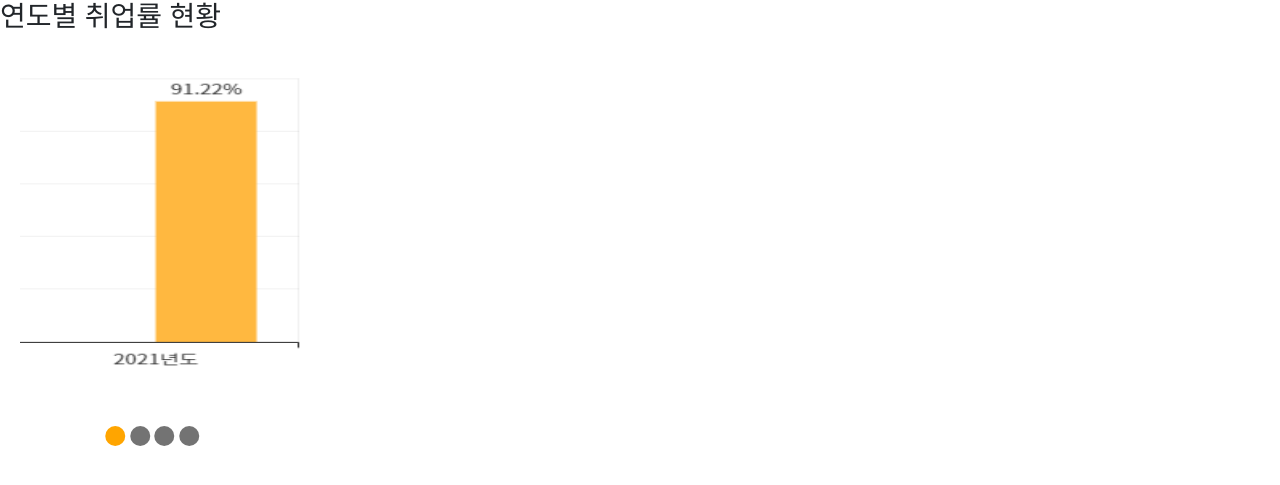
Repository: JavaJin96/kr.or.ddit.HighJava
Page: http://localhost/TeamProjectDCUM/work_psj/iframe_psj/getwork.jsp
The author's editor kept a copy of each file at every save. The page is drawn from the files as they stood at one save, then again after the next save.
The browser window is 1280 px wide. The pictures show the whole page.
The page is served by Tomcat 9. Other server files are loaded and not shown.

Above is the page before, as saved 2022-02-16 01:21:01.

### 3.Highjava/workspace/TeamProjectDCUM/WebContent/work_psj/iframe_psj/getwork.jsp
<%@ page language="java" contentType="text/html; charset=UTF-8"
    pageEncoding="UTF-8"%>
<!DOCTYPE html>
<html>
<head>
<meta charset="UTF-8">
<title>Insert title here</title>
<!-- 카드 -->
<link rel="stylesheet" href="https://cdn.jsdelivr.net/npm/bootstrap@4.6.1/dist/css/bootstrap.min.css">
<script src="https://cdn.jsdelivr.net/npm/jquery@3.5.1/dist/jquery.slim.min.js"></script>
<script src="https://cdn.jsdelivr.net/npm/popper.js@1.16.1/dist/umd/popper.min.js"></script>
<script src="https://cdn.jsdelivr.net/npm/bootstrap@4.6.1/dist/js/bootstrap.bundle.min.js"></script>
<style>
/*---------------------- 슬라이드 ----------------------------*/
.slider{
	margin-left : 20px;
	margin-top : 40px;
    width: 300px;
    height: 400px;
    position: relative;
    overflow: hidden; /* 현재 슬라이드 오른쪽에 위치한 나머지 슬라이드 들이 보이지 않도록 가림 */
/*     text-align: center; */
	display: flex;
}
.slider input[type=radio]{
    display: none;
}
img{
	width : 300px;
    height : 300px;
}

ul.imgs{
    padding: 0;
    margin: 0;
    list-style: none;
}
ul.imgs li{
    position: absolute;
    left: 640px;
    transition-delay: 1s; /* 새 슬라이드가 이동해 오는 동안 이전 슬라이드 이미지가 배경이 보이도록 지연 */
    padding: 0;
    margin: 0;
}

.bullets{
    position: absolute;
    left: 44%;
    transform: translateX(-50%);
    bottom: 20px;
    z-index: 2;
}

.bullets label{
    display: inline-block;
    border-radius: 50%;
    background-color: rgba(0,0,0,0.55);
    width: 20px;
    height: 20px;
    cursor: pointer;
}

/* 현재 선택된 불릿 배경 흰색으로 구분 표시 */
.slider input[type=radio]:nth-child(1):checked~.bullets>label:nth-child(1){
    background-color: orange;
}

.slider input[type=radio]:nth-child(2):checked~.bullets>label:nth-child(2){
    background-color: orange;
}

.slider input[type=radio]:nth-child(3):checked~.bullets>label:nth-child(3){
    background-color: orange;
}

.slider input[type=radio]:nth-child(4):checked~.bullets>label:nth-child(4){
    background-color: orange;
}

 .slider input[type=radio]:nth-child(1):checked~ul.imgs>li:nth-child(1){
     left: 0;
     transition: 0.5s;
     z-index:1;
 }

 .slider input[type=radio]:nth-child(2):checked~ul.imgs>li:nth-child(2){
     left: 0;
     transition: 0.5s;
     z-index:1;
 }

 .slider input[type=radio]:nth-child(3):checked~ul.imgs>li:nth-child(3){
     left: 0;
     transition: 0.5s;
     z-index:1;
 }

 .slider input[type=radio]:nth-child(4):checked~ul.imgs>li:nth-child(4){
     left: 0;
     transition: 0.5s;
     z-index:1;
 }

</style>


</head>
<body>
	<h3>연도별 취업률 현황</h3>
	<div class="slider" targer="ifr">
	    <input type="radio" name="slide" id="slide1" checked>
	    <input type="radio" name="slide" id="slide2">
	    <input type="radio" name="slide" id="slide3">
	    <input type="radio" name="slide" id="slide4">

	    <ul id="imgholder" class="imgs">
	        <li><img src="<%=request.getContextPath()%>/images/main/getwork2.png" targer="ifr"></li>
	        <li><img src="<%=request.getContextPath()%>/images/main/getwork3.PNG" targer="ifr"></li>
	        <li><img src="<%=request.getContextPath()%>/images/main/getwork4.PNG" targer="ifr"></li>
	        <li><img src="<%=request.getContextPath()%>/images/main/getwork5.PNG" targer="ifr" ></li>
	    </ul>

	    <div class="bullets">
	        <label for="slide1">&nbsp;</label>
	        <label for="slide2">&nbsp;</label>
	        <label for="slide3">&nbsp;</label>
	        <label for="slide4">&nbsp;</label>
	    </div>
	</div>


</body>
</html>

After the next save:
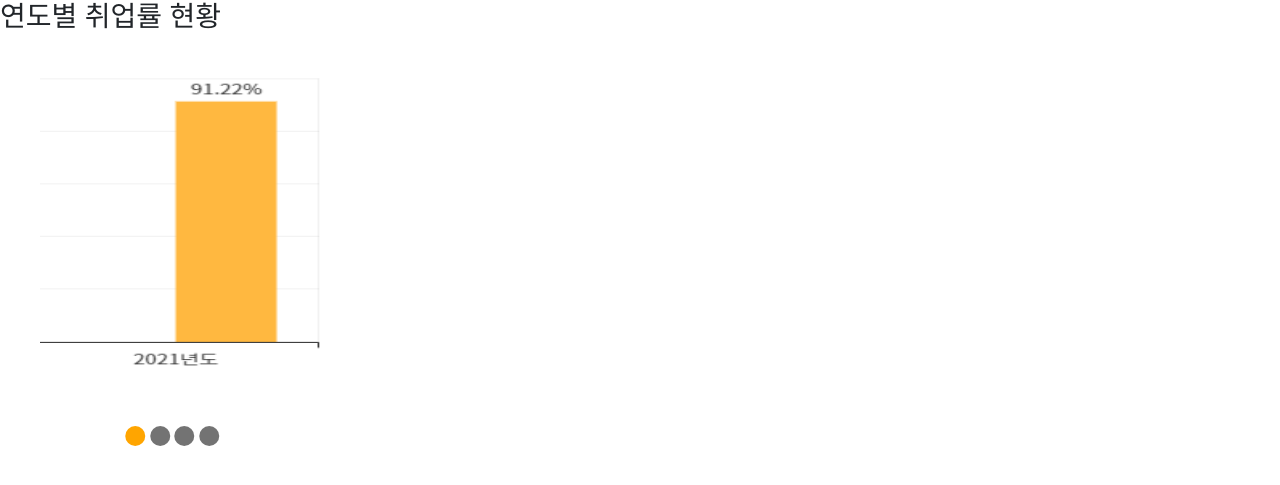
Saved 9 s later.
--- a/3.Highjava/workspace/TeamProjectDCUM/WebContent/work_psj/iframe_psj/getwork.jsp
+++ b/3.Highjava/workspace/TeamProjectDCUM/WebContent/work_psj/iframe_psj/getwork.jsp
@@ -13,7 +13,7 @@
 <style>
 /*---------------------- 슬라이드 ----------------------------*/
 .slider{
-	margin-left : 20px;
+	margin-left : 40px;
 	margin-top : 40px;
     width: 300px;
     height: 400px;
